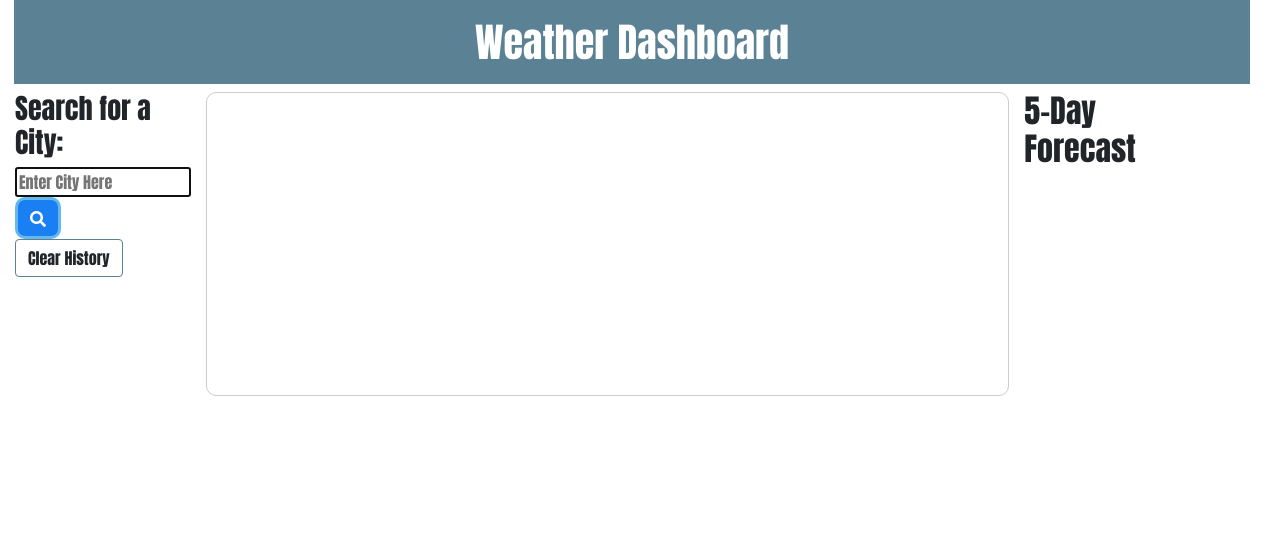
Repository: KHudaKoz/Weather-dashboard
Page: index.html
These files come from the project's save history. The page is drawn as it stood at one moment and after the next save; the edit follows.
The browser window is 1280 px wide. The pictures show the whole page.
Some web libraries are served in a nearby version.

Above is the page before, as saved 2021-01-28 20:17:27.

After the next save:
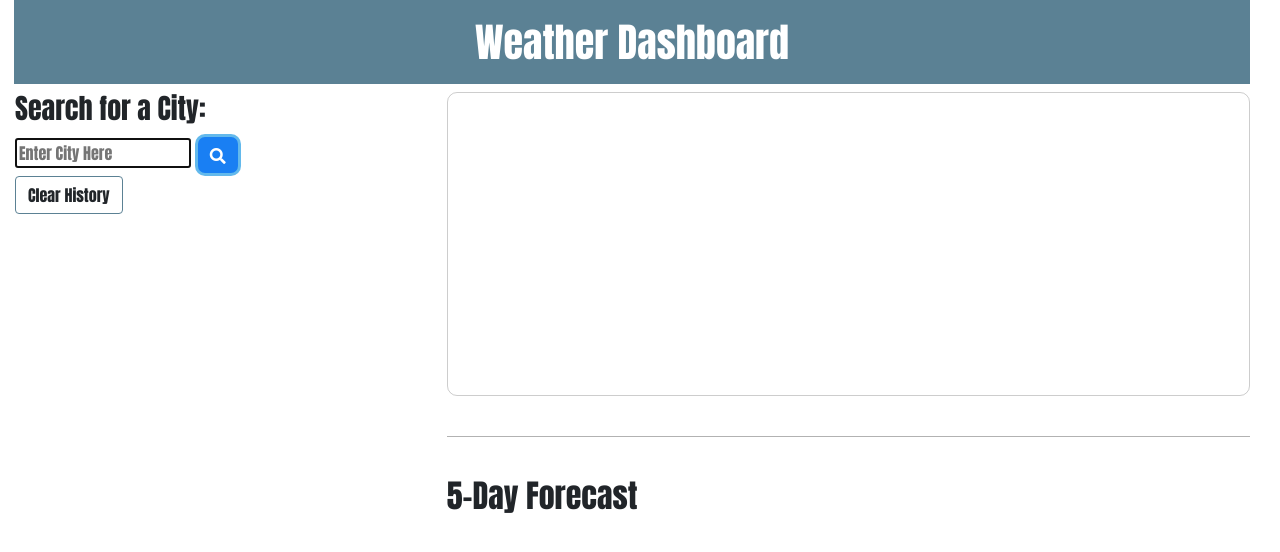
Saved 5 s later.
--- a/index.html
+++ b/index.html
@@ -49,7 +49,7 @@
     </div>
         <div class="col col-md-8">
             <div class="current-weather-container">
-                <div id="current-weather"></div>
+                <div id="current-weather">
                 </div>
                 <div id="uv-display-styles"></div>
             </div>
